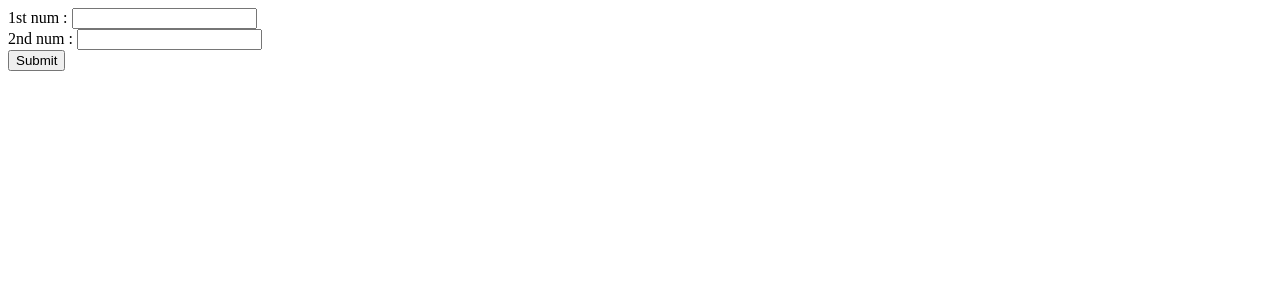
Repository: chuni90/bigdata
Page: http://localhost/tutorial_02/add_3.jsp
An editor plug-in stored every save of this project. The page is shown before and after the next save, followed by the edit.
The browser window is 1280 px wide. The pictures show the whole page.
The page is served by Tomcat 9.

Above is the page before, as saved 2019-09-23 07:26:37.

### 2. Java DB/Oracle/tutorial_02/WebContent/add_3.jsp
<%@ page language="java" contentType="text/html; charset=UTF-8"
    pageEncoding="UTF-8"%>


<!DOCTYPE html PUBLIC "-//W3C//DTD HTML 4.01 Transitional//EN" "http://www.w3.org/TR/html4/loose.dtd">
	<html>
	<head>
		<meta http-equiv="Content-Type" content="text/html; charset=UTF-8">
		<title>Insert title here</title>
	</head>
	<body>
		<form action = "add_pro.jsp" method = "get">
			1st num : <input name = "num1" type = "text"/><br>
			2nd num : <input name = "num2" type = "text"/><br>

			<input type = "submit"/>
		</form>

	</body>
</html>

After the next save:
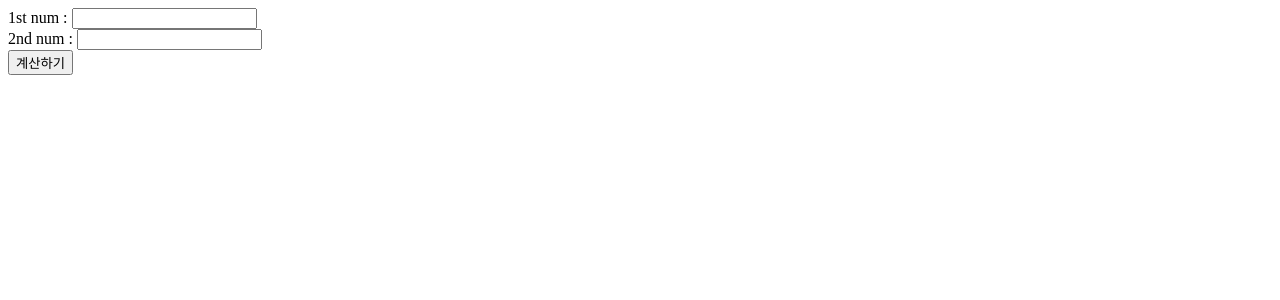
Saved 49 s later.
--- a/2. Java DB/Oracle/tutorial_02/WebContent/add_3.jsp
+++ b/2. Java DB/Oracle/tutorial_02/WebContent/add_3.jsp
@@ -13,7 +13,7 @@
 			1st num : <input name = "num1" type = "text"/><br>
 			2nd num : <input name = "num2" type = "text"/><br>
 
-			<input type = "submit"/>
+			<input type = "submit" value = "계산하기"/>
 		</form>
 
 	</body>
